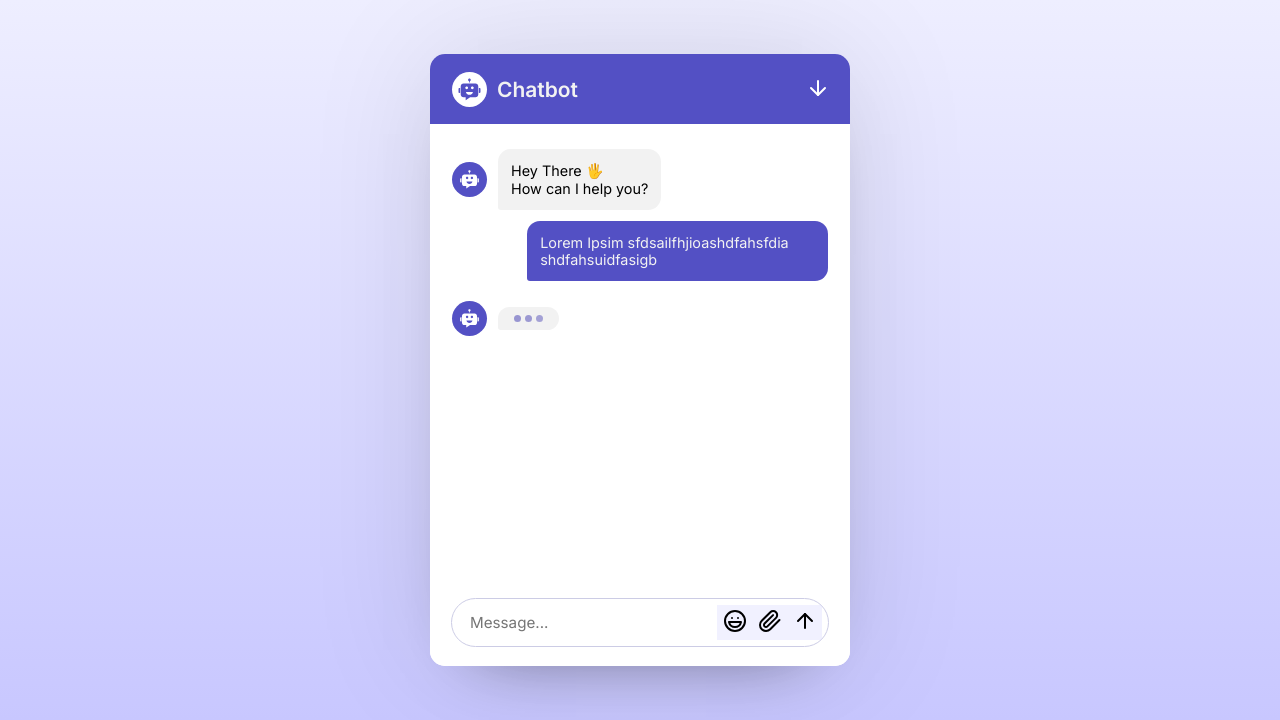
Repository: guilhermecardoso93/ai-bot
Page: /
These files come from the project's save history. The page is drawn as it stood at one moment and after the next save; the edit follows.
The browser window is 1280 px wide. The pictures show the whole page.
The project was rebuilt for these pictures with package versions that can differ from the ones it lists, and the page was loaded fresh each time. Also part of the build but not shown: vite.config.js.

Above is the page before, as saved 2024-11-13 18:40:25.

After the next save:
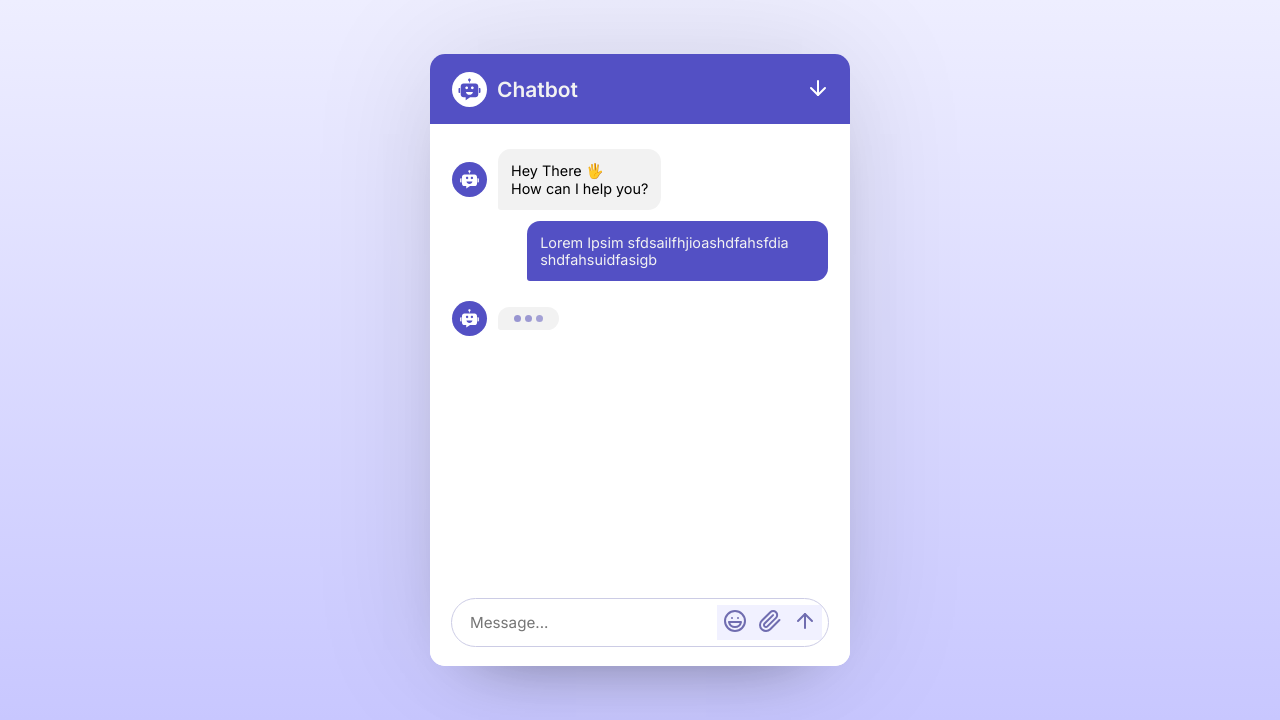
Saved 20 s later.
--- a/src/index.css
+++ b/src/index.css
@@ -233,4 +233,5 @@ body {
   border: none;
   cursor: pointer;
   background-color: #f1f1ff;
-}
+  color: #706db0;
+}
